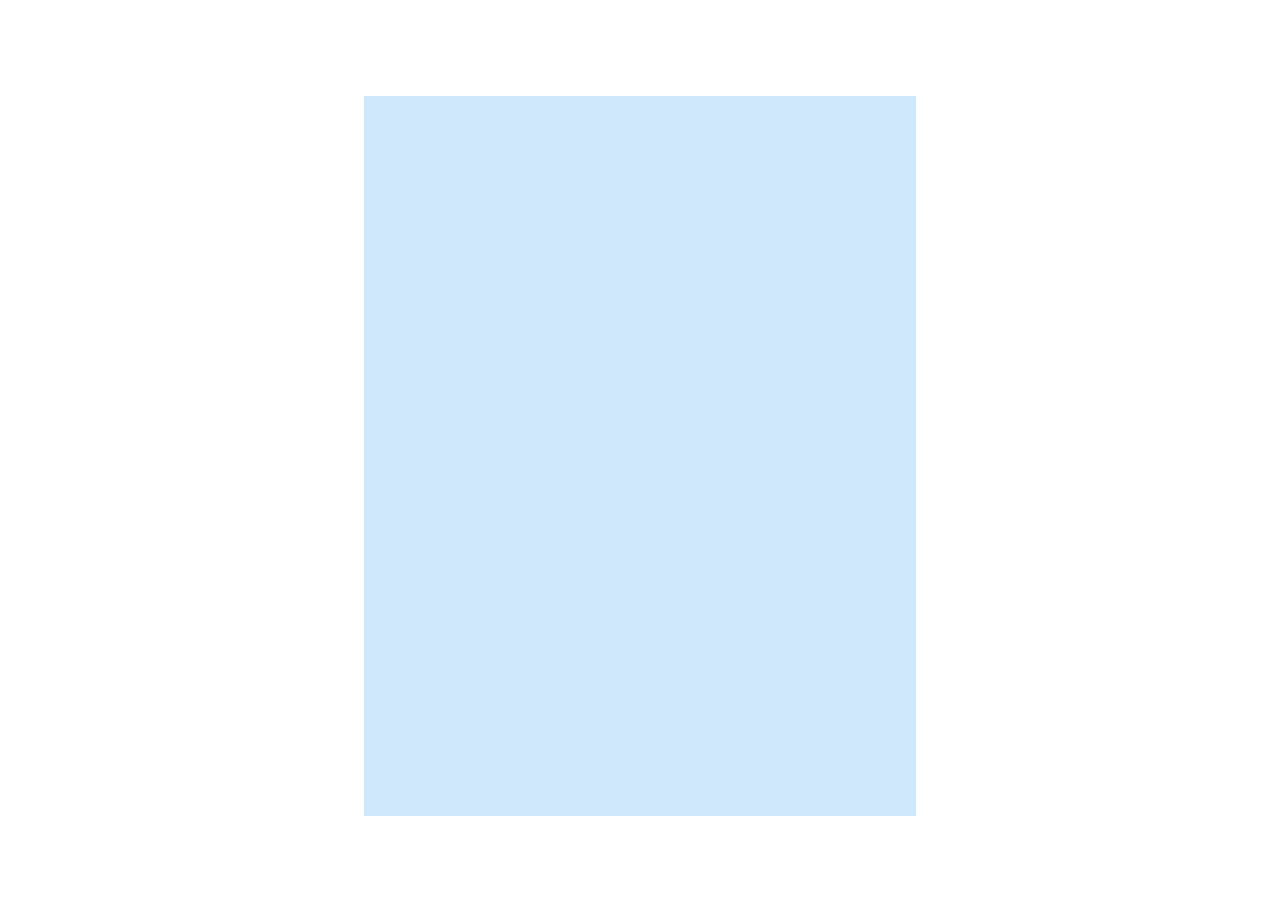
Repository: BhushanPatil-121/pdf-upload-nextjs
Page: /
The author's editor kept a copy of each file at every save. The page is drawn from the files as they stood at one save, then again after the next save.
The browser window is 1280 px wide. The pictures show the whole page.
The project was rebuilt for these pictures with package versions that can differ from the ones it lists, and the page was loaded fresh each time. The framework's server and built-in components were replaced by stand-ins that run in the browser. Also part of the build but not shown: next.config.mjs.

Above is the page before, as saved 2024-02-29 11:25:36.

### src/app/page.tsx
"use client"
import styles from "./page.module.css";
import { styled } from '@mui/material/styles';
import Button from '@mui/material/Button';
import CloudUploadIcon from '@mui/icons-material/CloudUpload';
import { useState } from 'react';
import { Alert, Box, Card, Container, Stack, TextField } from "@mui/material";
import InsertDriveFileIcon from '@mui/icons-material/InsertDriveFile';
import SendIcon from '@mui/icons-material/Send';
import LoadingButton from '@mui/lab/LoadingButton';
import { CloudDownload } from "@mui/icons-material";

const VisuallyHiddenInput = styled('input')({
  clip: 'rect(0 0 0 0)',
  clipPath: 'inset(50%)',
  height: 1,
  overflow: 'hidden',
  position: 'absolute',
  bottom: 0,
  left: 0,
  whiteSpace: 'nowrap',
  width: 1,
});

export default function Home() {
  const [loading, setLoading] = useState(false);
  const [uploading, setUploding] = useState(false);
  const [fileName, setFileName] = useState<string>("")
  const [defaultFileName, setDefaultFileName] = useState<string>("")
  const [file, setFile] = useState<string>("")
  function handleClick(e: any) {
    setLoading(true);
    setTimeout(() => setLoading(false), 3000);
    setTimeout(() => {
      setUploding(true)
      setFileName("")
      setFile("")
    }, 3000);
    setTimeout(() => setUploding(false), 6000);
    e.preventDefault();
    let formData = new FormData();
    formData.append('filename', fileName);
    formData.append('file', file);
    console.log(fileName, file);
  }
  return (
    <main className={styles.main}>
      <Container maxWidth="sm">
        <Box sx={{ bgcolor: '#cfe8fc', height: '100vh' }} />
      </Container>
    </main>
  );
}

### src/app/globals.css


* {
  box-sizing: border-box;
  padding: 0;
  margin: 0;
}

html,
body {
  max-width: 100vw;
  overflow-x: hidden;
}


a {
  color: inherit;
  text-decoration: none;
}

### src/app/page.module.css
.main {
  display: flex;
  flex-direction: column;
  justify-content: start;
  gap: 20px;
  align-items: center;
  padding: 6rem 0;
  min-height: 100vh;
}

.mainContainer {
  display: flex;
  flex-direction: column;
  justify-content: center;
  align-items: center;
  padding: 50px 100px;
  border-radius: 20px;
  border: dashed 2px lightgrey;
}

.mainHeading {
  color: grey;
}

.mainForm {
  display: flex;
  flex-direction: column;
  align-items: center;
  justify-content: center;
  width: 100%;
  padding: 10px;
  border-radius: 10px;
}

.mainFormContainer {
  display: flex;
  flex-direction: column;
  align-items: center;
  justify-content: center;
  width: 100%;
  height: 100%;
  border: 1px solid grey;
  border-radius: 5px;
  padding: 10px;
  gap: 10px;
  margin: 20px;
}

.mainFormSubContainer1 {
  display: flex;
  flex-direction: row;
  align-items: center;
  justify-content: center;
  gap: 10px;
  width: 100%;
}

.mainFormSubContainer2 {
  display: flex;
  flex-direction: row;
  align-items: center;
  justify-content: space-evenly;
  gap: 10px;
  width: 100%;

}

Loaded but not shown: src/app/layout.tsx (common file)

After the next save:
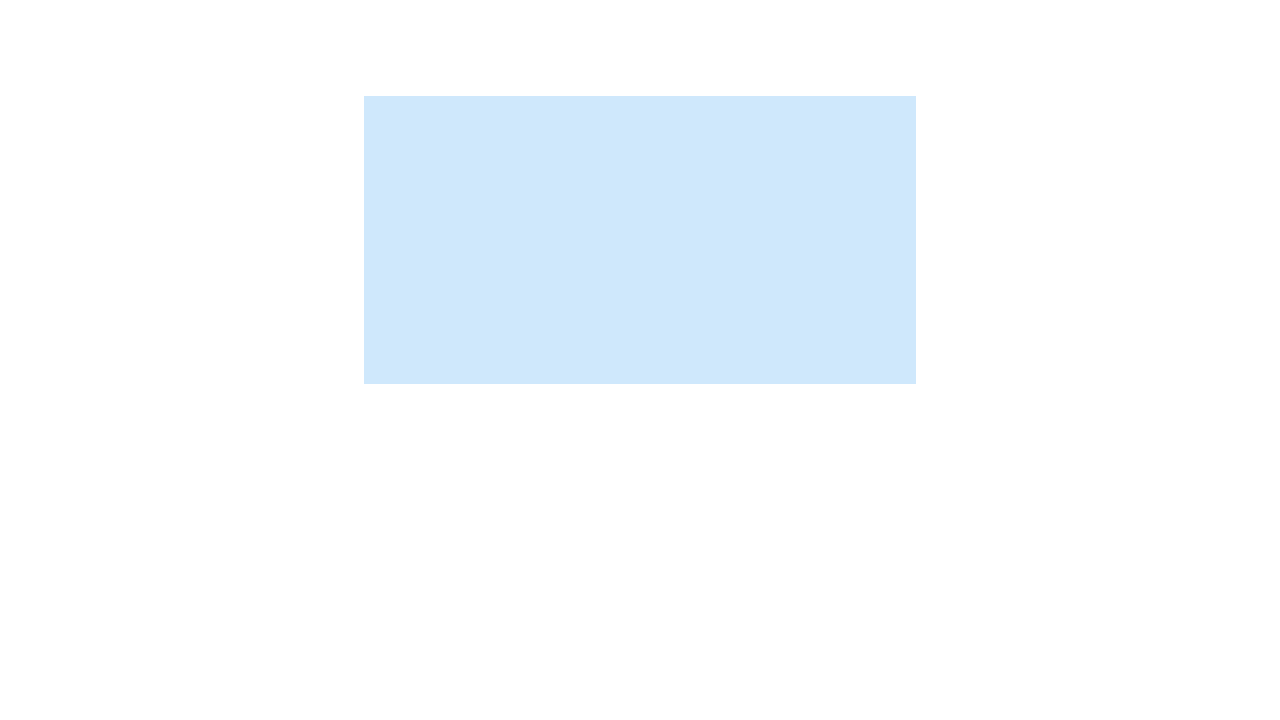
Saved 23 s later.
--- a/src/app/page.tsx
+++ b/src/app/page.tsx
@@ -46,7 +46,7 @@ export default function Home() {
   return (
     <main className={styles.main}>
       <Container maxWidth="sm">
-        <Box sx={{ bgcolor: '#cfe8fc', height: '100vh' }} />
+        <Box sx={{ bgcolor: '#cfe8fc', height: '40vh' }} />
       </Container>
     </main>
   );
